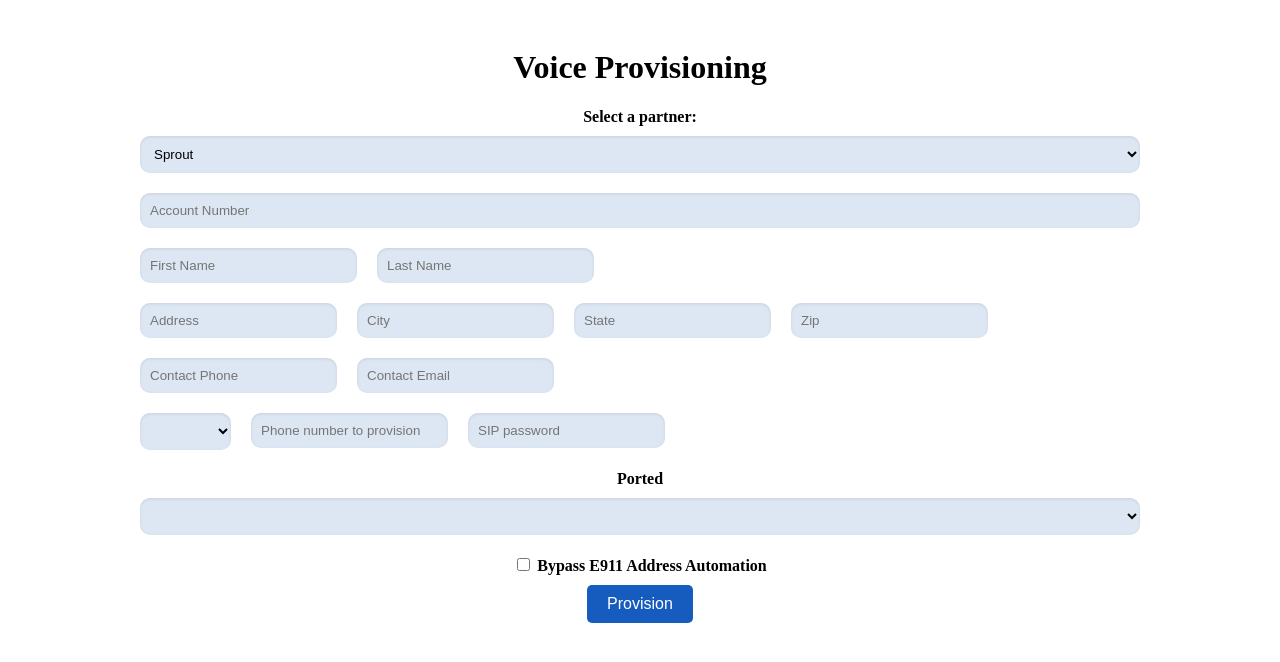
Repository: smallchungus/logiccom
Page: /
The author's editor kept a copy of each file at every save. The page is drawn from the files as they stood at one save, then again after the next save.
The browser window is 1280 px wide. The pictures show the whole page.
The project was rebuilt for these pictures with package versions that can differ from the ones it lists, and the page was loaded fresh each time. Also part of the build but not shown: vite.config.ts.

Above is the page before, as saved 2023-05-04 12:13:23.

### src/App.vue
<style src="./styles.css"></style>


<template>


<form>
  <header>
    <h1>Voice Provisioning</h1>
  </header>
      <div class="form-group">
        <label for="partner">Select a partner:</label>
        <select id="partner" name="partner">
          <option value="Sprout">Sprout</option>
          <option value="option2">Option 2</option>
        </select>
      </div>

      <div class="form-group">
        <input type="text" id="accountNum" name="accountNum" placeholder="Account Number">
      </div>

    <div class="form-row">
      <div class="form-group">
        <input type="text" id="firstName" name="firstName" placeholder="First Name" class="inline">
      </div>

      <div class="form-group">
        <input type="text" id="lastName" name="lastName" placeholder="Last Name" class="inline">
      </div>
    </div>

    <div class="form-row">
      <div class="form-group">
        <input type="text" id="address" name="address" placeholder="Address">
      </div>

      <div class="form-group">
        <input type="text" id="city" name="city" placeholder="City">
      </div>

      <div class="form-group">
        <input type="text" id="state" name="state" placeholder="State">
      </div>

      <div class="form-group">
        <input type="text" id="zip" name="zip" placeholder="Zip">
      </div>
    </div>

    <div class="form-row">
      <div class="form-group">
        <input type="text" id="contactPhone" name="contactPhone" placeholder="Contact Phone">
      </div>

      <div class="form-group">
        <input type="text" id="contactEmail" name="contactEmail" placeholder="Contact Email">
      </div>
    </div>

    <div class="form-row">
      <div class="form-group">
        <!-- <label for="customerType">Customer Type:</label> -->
        <select id="customerType" name="customerType">
          <option value="Sprout"></option>
          <option value="option2">Option 2</option>
        </select>
      </div>

      <div class="form-group">
        <input type="text" id="phoneToProv" name="phoneToProv" placeholder="Phone number to provision">
      </div>

      <div class="form-group">
        <input type="password" id="sipPassword" name="sipPassword" placeholder="SIP password">
      </div>
    </div>

    <label for="ported">Ported</label>
    <select id="ported" name="ported">
      <option value=""></option>
      <option value="option2">Option 2</option>
    </select>

    <label>
      <input type="checkbox" >
      Bypass E911 Address Automation
    </label>

    <button type="submit">Provision</button>
  </form>
</template>

### src/styles.css
header {
    text-align: center;
    margin: 0 auto;
  }

  body {
    text-align: center;
  }

  form {
    /* background-color: #f7f7f7; */
    border-radius: 5px;
    padding: 20px;
    margin: 0 auto;
    max-width: 1000px;
  }

  .form-row {
    display: flex;
    flex-wrap: wrap;
  }

  .form-row .form-group {
    /* width: calc(50% - 10px); */
    margin-right: 20px;
  }

  /* .form-row .form-group:last-child {
    margin-right: 0;
  } */

  label {
    display: block;
    font-weight: bold;
    margin-bottom: 10px;
  }

  input[type="text"],
  input[type="password"],
  select {
    box-sizing: border-box; /* add this line */
    background-color: #dde7f4;
    width: 100%;
    padding: 10px;
    border: none;
    border-radius: 10px;
    margin-bottom: 20px;
    box-shadow: inset 0px 1px 3px rgba(0, 0, 0, 0.1);
  }

  input[type="text"].inline {
    display: inline-block;
    /* width: calc(50% - 10px); */
    margin-right: 20px;
  }

  /* input[type="text"].inline:last-child {
    margin-right: 0;
  } */

  button[type="submit"] {
    background-color: #165cbe;
    color: #fff;
    border: none;
    border-radius: 5px;
    padding: 10px 20px;
    font-size: 16px;
    cursor: pointer;
  }

  @media (min-width: 1024px) {
    header {
      display: flex;
      justify-content: center;
      align-items: center;
    }
  }

Loaded but not shown: index.html (common file); src/main.ts (common file)

After the next save:
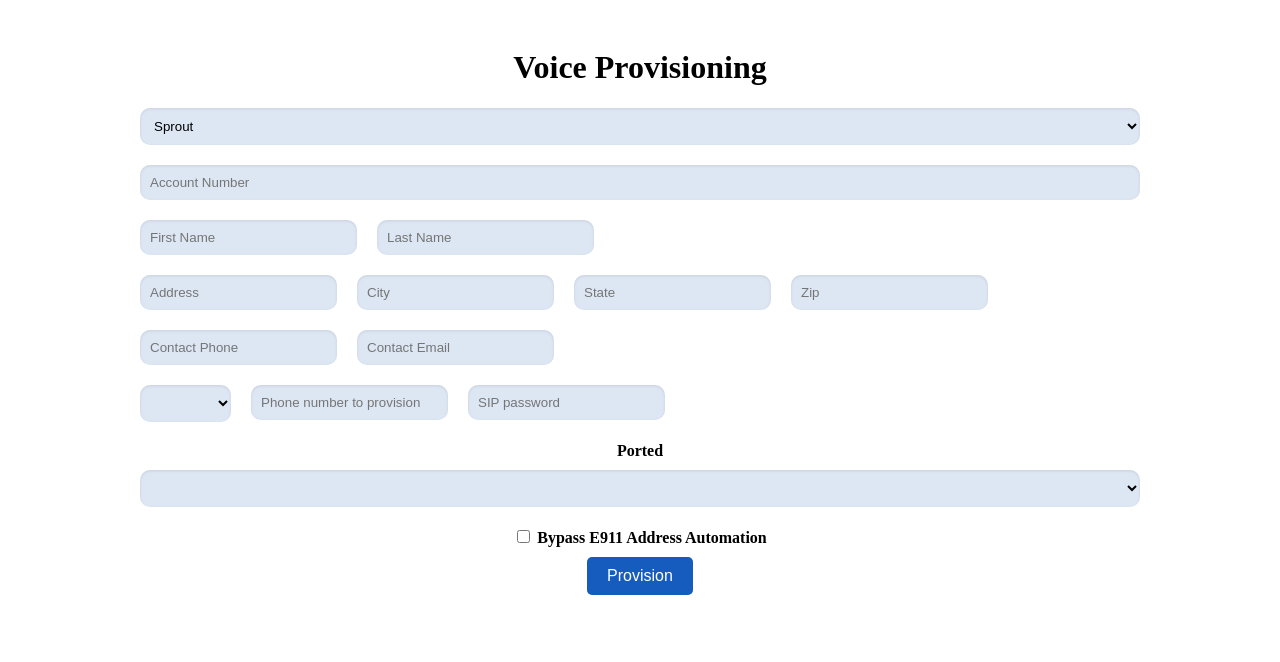
Saved 29 s later.
--- a/src/App.vue
+++ b/src/App.vue
@@ -9,7 +9,7 @@
     <h1>Voice Provisioning</h1>
   </header>
       <div class="form-group">
-        <label for="partner">Select a partner:</label>
+        <!-- <label for="partner">Select a partner:</label> -->
         <select id="partner" name="partner">
           <option value="Sprout">Sprout</option>
           <option value="option2">Option 2</option>
